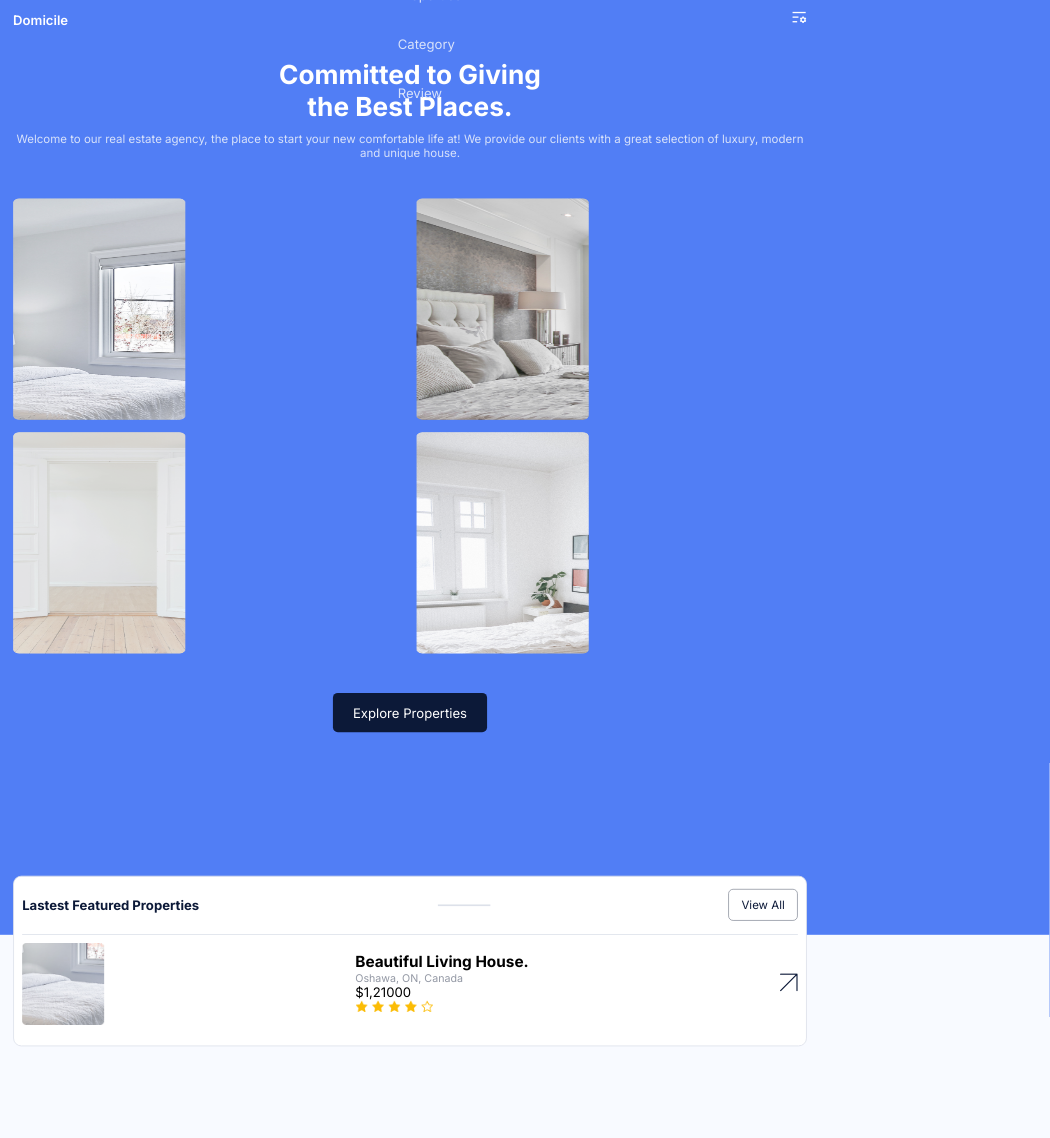
Repository: haokiet2501/domicile-real-estate
Page: index.html
An editor plug-in stored every save of this project. The page is shown before and after the next save, followed by the edit.
The browser window is 1280 px wide. The pictures show the whole page, at 82% of full size.
The style sheet was rebuilt from its Sass, Less or Tailwind sources for each picture, by a compiler version that may differ from the author's.

Above is the page before, as saved 2022-06-11 16:23:32.

### index.html
<!DOCTYPE html>
<html lang="en">
<head>
    <meta charset="UTF-8">
    <meta http-equiv="X-UA-Compatible" content="IE=edge">
    <meta name="viewport" content="width=device-width, initial-scale=1.0">
    <link href="https://cdn.jsdelivr.net/npm/remixicon@2.5.0/fonts/remixicon.css" rel="stylesheet">
    <link rel="stylesheet" href="sass/css/styles.css">
    <title>Real Estate Website - Domicile</title>
</head>
<body>
    <header class="header" id="header">
        <nav class="nav container">
            <a href="#" class="nav__logo">Domicile</a>

            <div class="nav__menu" id="nav-menu">
                <ul class="nav__list">
                    <li class="nav__item">
                        <a href="#" class="nav__link active-link">Home</a>
                    </li>
                    <li class="nav__item">
                        <a href="#" class="nav__link">Properties</a>
                    </li>
                    <li class="nav__item">
                        <a href="#" class="nav__link">Category</a>
                    </li>
                    <li class="nav__item">
                        <a href="#" class="nav__link">Review</a>
                    </li>
                </ul>

                <i class="ri-close-line nav__close" id="nav-close"></i>
            </div>

            <div class="nav__toggle" id="nav-toggle">
                <i class="ri-list-settings-line"></i>
            </div>
        </nav>
    </header>

    <main class="main">
        <section class="home section" id="home">
            <div class="home__container container grid">
                <div class="home__data">
                    <h1 class="home__data-subtitle">
                        Committed to Giving<br>the Best Places.
                    </h1>
                    <p class="home__data-title">
                        Welcome to our real estate agency, the place to start your new comfortable life at! We provide our clients with a great selection of luxury, modern and unique house.
                    </p>
                </div>

                <div class="home__images">
                    <img src="imgs/hero-one.png" alt="">
                    <img src="imgs/hero-two.png" alt="">
                    <img src="imgs/hero-three.png" alt="">
                    <img src="imgs/hero-four.png" alt="">
                </div>

                <div class="home__button">
                    <a href="#" class="button">Explore Properties</a>
                </div>
            </div>
        </section>

        <section class="futured" id="futured">
            <div class="futured__container container">
                <div class="futured__properties">
                    <div class="futured__properties-content">
                        Lastest Featured Properties
                    </div>
                    <div class="futured__properties-line"></div>
                    <div class="futured__properties-button">View All</div>
                </div>

                <div class="futured__card">
                    <img class="futured__card-img" src="imgs/future.png" alt="">
                    <div class="futured__card-layouts">
                        <div class="futured__card-text">
                            <h3>Beautiful Living House.</h3>
                            <p>Oshawa, ON, Canada</p>
                        </div>
                        <div class="futured__card-price">
                            <p>$1,21000</p>
                            <img src="imgs/rating.png" alt="">
                        </div>
                    </div>
                    <div class="futured__card-btnfutured">
                        <svg width="22" height="22" viewBox="0 0 22 22" fill="none" xmlns="http://www.w3.org/2000/svg">
                            <path d="M1 21L21 1M21 1H1M21 1V21" stroke="#0C1938" stroke-width="1.5" stroke-linecap="round" stroke-linejoin="round"/>
                        </svg>
                    </div>
                </div>
            </div>
        </section>
    </main>
    <script src="app.js"></script>
</body>
</html>

### app.js
// Show Menu
const navMenu = document.getElementById('nav-menu'),
    navToggle = document.getElementById('nav-toggle'),
    navClose = document.getElementById('nav-close');

if (navToggle) {
    navToggle.addEventListener('click', () => {
        navMenu.classList.add('show-menu');
    });
}

if(navClose) {
    navClose.addEventListener('click', () => {
        navMenu.classList.remove('show-menu');
    })
}

### sass/styles.scss
@import './base/base';
@import './main/main';

### sass/base/_base.scss
@import url('https://fonts.googleapis.com/css2?family=Inter:wght@400;500;600;700;800;900&display=swap');

* {
    margin: 0;
    padding: 0;
    box-sizing: border-box;
}

html {
    scroll-behavior: smooth;
}

body {
    font-family: 'Inter', sans-serif;
    font-style: normal;
    background: var(--color-main);
}

ul {
    list-style: none;
}

a {
    text-decoration: none;
}

img {
    max-width: 100%;
    height: auto;
}

button, input {
    border: none;
    outline: none;
}

:root {
    --header-height: 3rem;

    --color-main: #F8FAFF;
    --color-bg-header: #517EF5;
    --white-color: #FFFFFF;
    --color-nav: #D8E2FA;
    --color-footer: #0E1935;
    --color-btn: #0C1938;
    --color-title: #9398A4;

    --biggest-font-size: 2.5rem;
    --medium-font-size: 2rem;
    --h1-font-size: 1.5rem;
    --h2-font-size: 1.25rem;
    --h3-font-size: 1rem;
    --normal-font-size: 0.938rem;
    --small-font-size: 0.813rem;
    --smaller-font-size: 0.75rem;

    --font-smaller: 400;
    --font-medium: 500;
    --font-semi-bold: 600;
    --font-semi-big: 700;

     /* Margin Bottom */
    --mb-0-25: 0.25rem;
    --mb-0-5: 0.5rem;
    --mb-0-75: 0.75rem;
    --mb-1: 1rem;
    --mb-1-25: 1.25rem;
    --mb-1-5: 1.5rem;
    --mb-2: 2rem;
    --mb-2-5: 2.5rem;

    --scale-hover: scale(.98);
}

@media screen and (min-width: 968px) {
    :root {
        --biggest-font-size: 4rem;
        --h1-font-size: 2.25rem;
        --h2-font-size: 1.75rem;
        --h3-font-size: 1.25rem;
        --normal-font-size: 1rem;
        --small-font-size: 0.875rem;
        --smaller-font-size: 0.813rem;
    }
}

### sass/main/_main.scss
.header {
    width: 100%;
    position: fixed;
    top: 0;
    left: 0;
    z-index: 100;
    background-color: var(--color-bg-header);
}

.main {
    overflow-x: hidden;
}

.container {
    max-width: 968px;
    margin-left: var(--mb-1);
    margin-right: var(--mb-1);
}

.grid {
    display: grid;
    gap: 1.5rem;
}

.section {
    padding: 4.5rem 0 2.5rem;
}

// NAV
.nav {
    display: flex;
    justify-content: space-between;
    align-items: center;
    height: var(--header-height);

    &__logo,
    &__toggle{
        color: var(--white-color);
    }

    &__logo {
        font-weight: var(--font-semi-bold);
    }

    &__toggle{
        font-size: 1.2rem;
        cursor: pointer;
    }

    &__menu {
        position: relative;

        @media screen and (max-width: 767px){
            position: fixed;
            background-color: var(--color-footer);
            top: 0;
            right: -100%;
            width: 70%;
            height: 100%;
            box-shadow: -1px 0 4px rgba(0, 0, 0, .15);
            padding: 3rem;
            transition: .4s;
        }
    }

    &__list {
        display: flex;
        flex-direction: column;
        row-gap: 2.5rem;
    }

    &__link {
        font-weight: var(--font-smaller);
        color: var(--color-nav);

        &:hover {
            color: var(--white-color);
            transform: var(--scale-hover);
        }
    }

    &__close {
        position: absolute;
        top: .75rem;
        right: 1rem;
        font-size: 1.5rem;
        color: var(--white-color);
        cursor: pointer;
    }
}

// Show menu
.show-menu {
    right: 0;
}

.home {
    background-color: var(--color-bg-header);
    height: calc(165vh - var(--header-height));
    &__container {
        row-gap: 3rem;
    }

    &__data {
        text-align: center;

        &-subtitle {
            color: var(--white-color);
            font-size: var(--medium-font-size);
            font-weight: var(--font-semi-big);
            margin-bottom: 10px;
        }
        &-title {
            color: var(--color-nav);
            font-weight: var(--font-smaller);
            font-size: var(--small-font-size);
        }
    }

    &__images {
        display: grid;
        gap: 15px;
        grid-template-columns: repeat(2, 1fr);

        img {
            width: 210px;
            height: 270px;
            transition: .3s ease-out;

            &:hover {
                transform: var(--scale-hover);
                transition: .3s ease-out;
            }
        }
    }

    &__button {
        display: flex;
        justify-content: center;
        align-items: center;

        .button {
            padding: 14px 24px;
            background-color: var(--color-btn);
            color: var(--white-color);
            border-radius: 6px;
            font-size: var(--normal-font-size);
            transition: .3s ease-out;

            &:hover {
                transform: var(--scale-hover);
                transition: .3s ease-out;
            }
        }
    }
}

.futured {
    position: relative;
    transform: translateY(-4.5rem);
    padding-bottom: 2.5rem;

    &__container {
        background-color: var(--white-color);
        border: 1px solid #DDE1EA;
        border-radius: 10px;
        padding: 15px 10px;
    }

    &__properties {
        display: flex;
        justify-content: space-between;
        align-items: center;
        border-bottom: 1px solid #DDE1EA;
        padding-bottom: 1rem;

        &-content {
            font-weight: var(--font-semi-big);
            color: var(--color-btn);

        }

        &-line {
            width: calc(var(--header-height) + 1rem);
            height: 1px;
            border: 1px solid #DDE1EA;
        }

        &-button {
            border: 1px solid #9398A4;
            padding: 10px 15px;
            border-radius: 6px;
            color: var(--color-btn);
            font-weight: var(--font-smaller);
            font-size: var(--small-font-size);
            transition: .3s ease-out;

            &:hover {
                transform: var(--scale-hover);
                transition: .3s ease-out;
            }
        }
    }

    &__card {
        display: flex;
        justify-content: space-between;
        align-items: center;
        margin: 10px 0;

        &-img {
            width: 100px;
            height: 100px;
        }

        &-text {
            span {
                font-weight: var(--font-semi-bold);
                color: var(--color-btn);
                font-size: var(--h3-font-size);
                padding-bottom: 5px;
            }

            p {
                font-weight: var(--font-smaller);
                color: var(--color-title);
                font-size: var(--smaller-font-size);
            }
        }
    }
}

After the next save:
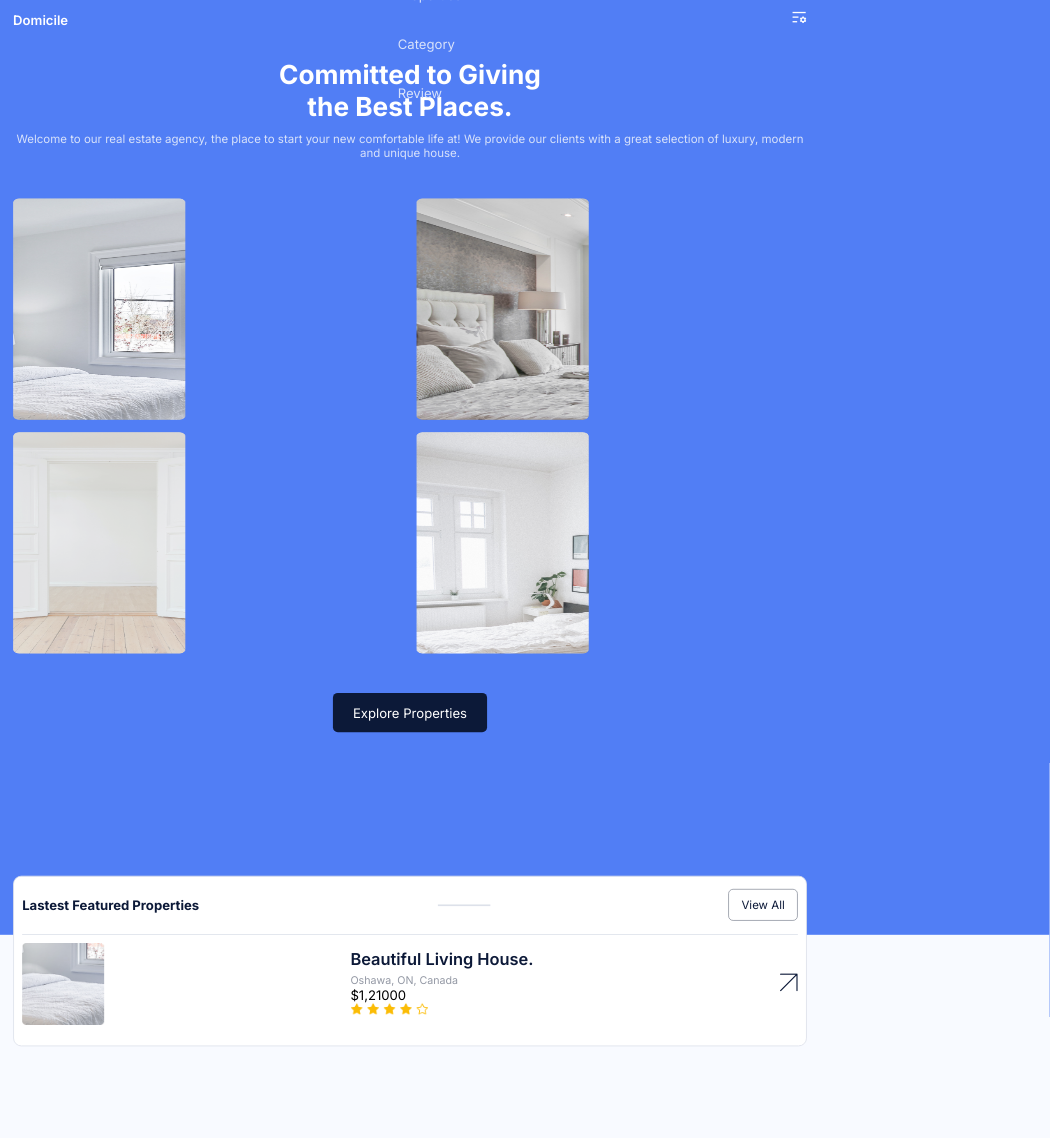
Saved 7 s later.
--- a/sass/main/_main.scss
+++ b/sass/main/_main.scss
@@ -214,7 +214,7 @@
         }
 
         &-text {
-            span {
+            h3 {
                 font-weight: var(--font-semi-bold);
                 color: var(--color-btn);
                 font-size: var(--h3-font-size);
